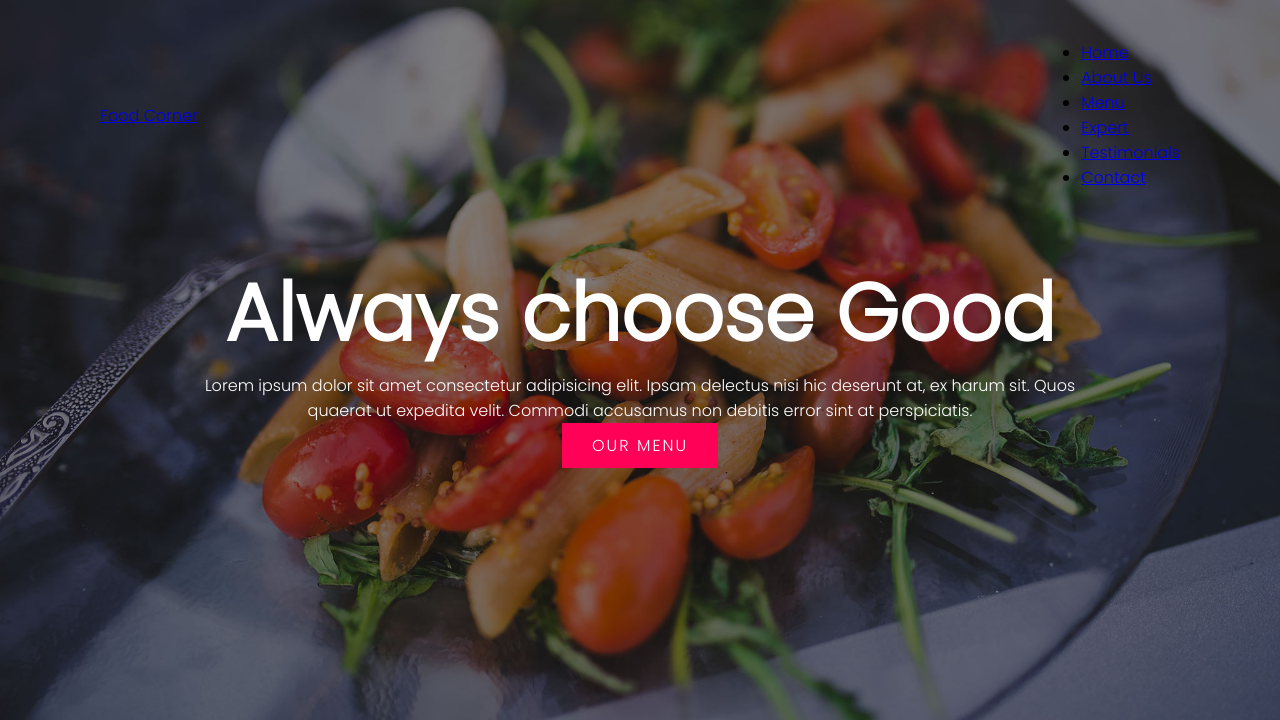
Repository: Adriandias1997/MobileFriendly_FoodWebsite
Page: index.html
An editor plug-in stored every save of this project. The page is shown before and after the next save, followed by the edit.
The browser window is 1280 px wide. The pictures show the whole page.

Above is the page before, as saved 2020-10-16 11:14:59.

After the next save:
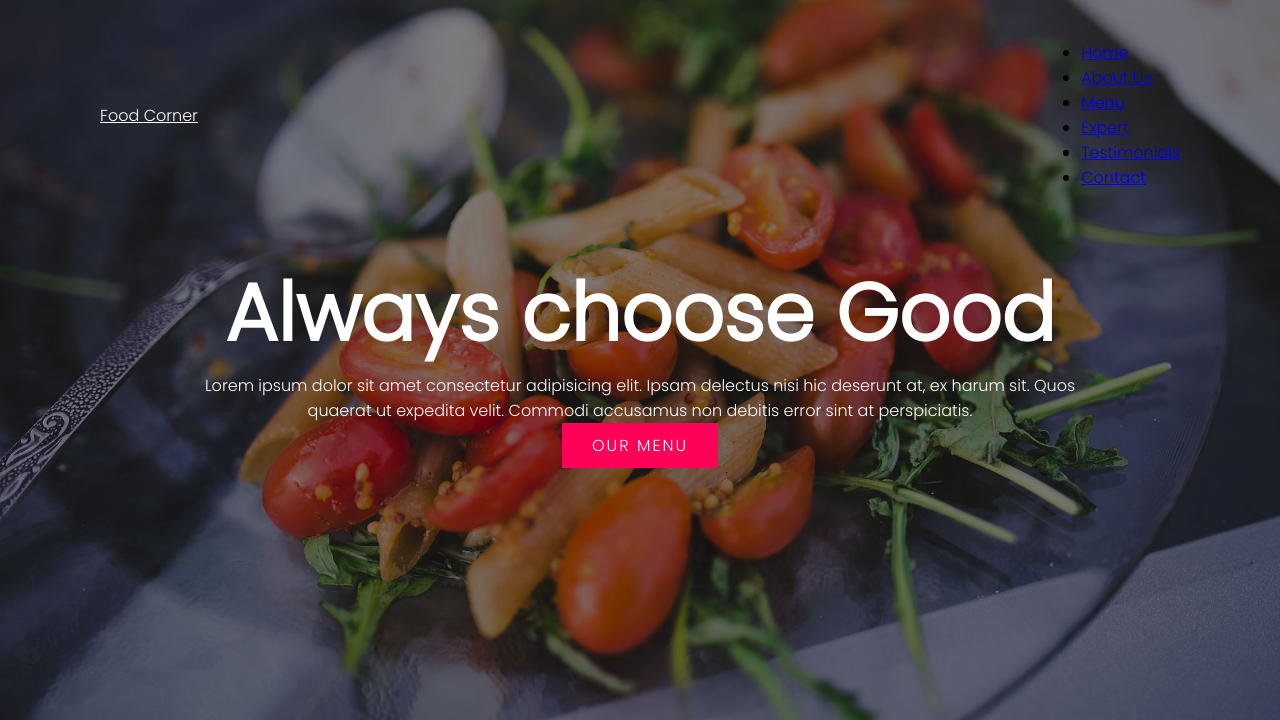
Saved 25 s later.
--- a/style.css
+++ b/style.css
@@ -67,3 +67,7 @@ header {
     align-items: center;
     transition: 0.5s;
 }
+
+header .logo {
+    color: #fff;
+}
